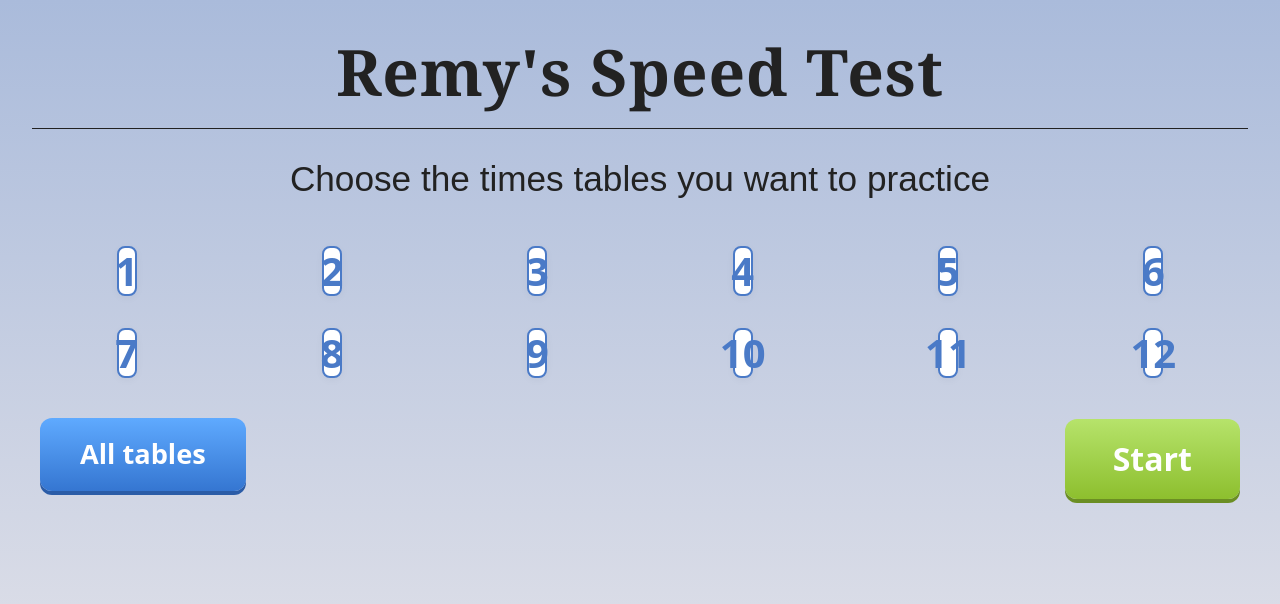
Repository: Chinurum-Omenuko/remys-speed-test
Page: / (app in app/)
The author's editor kept a copy of each file at every save. The page is drawn from the files as they stood at one save, then again after the next save.
The browser window is 1280 px wide. The pictures show the whole page.
The project was rebuilt for these pictures with package versions that can differ from the ones it lists, and the page was loaded fresh each time. The framework's server and built-in components were replaced by stand-ins that run in the browser. Also part of the build but not shown: app/svelte.config.js, app/vite.config.ts.

Above is the page before, as saved 2025-11-17 09:54:24.

### app/src/routes/+page.svelte

<script lang="ts">
	import { goto } from "$app/navigation";
	import { GameStore } from "../stores/gameStore.svelte";

	let store = GameStore;
	let chosenTables = store.getTables()
	const tables = Array.from({ length: 12 }, (_, i) => i + 1);

	function selectTable(table: number) {
		store.addTables(table)
	}

	function allTables(){
		tables.forEach(table => {
			let index = chosenTables.indexOf(table)
			if(!chosenTables.includes(table)){
				selectTable(table)
				return
			}
			chosenTables.splice(index, 1)
		});
	}


	function start() {
		store.generateQuestions(chosenTables)
		goto("/test")
	}



	function lastResults() {
		alert('Show last results');
	}
</script>
<div class="landing-bg">
	<div style="padding: 1.5rem 2rem 0 2rem;">
		<div class="title">Remy's Speed Test</div>
		<div class="dotted"></div>
		<div class="subtitle">Choose the times tables you want to practice</div>
		<div class="content">
			<div class="tables-grid">
				{#each tables as table}
					<button
						type="button"
						class="table-btn {chosenTables.includes(table) ? 'selected' : ''}"
						on:click={() => {

							selectTable(table)
							}}
						aria-pressed={chosenTables[table] === table}
					>
						{table}
					</button>
				{/each}
			</div>
			<div class="actions">
				<div class="left-actions">
					{#if chosenTables.length == 12}
						<button class="blue-btn" on:click={allTables}>Deselect All Tables</button>
					{:else}
						<button class="blue-btn" on:click={allTables}>All tables</button>
					{/if}
				</div>
				<button class="green-btn" on:click={start}>Start</button>
			</div>
		</div>
	</div>
</div>

<style>
	.landing-bg {
		background: linear-gradient(180deg, #aabbdb, #e2e2e9);
		min-height: 100vh;
		padding: 0;
		margin: 0;
	}
	.title {
		font-size: 4rem;
		font-weight: 700;
		margin: 0 0 0.5rem 0;
		letter-spacing: 1px;
		color: #222;
		font-family: Georgia, 'Times New Roman', Times, serif;
		text-align: center;
	}
	.dotted {
		border-bottom: 1px solid #222;
		margin-bottom: 1.5rem;
	}
	.subtitle {
		font-size: 2.2rem;
		font-weight: 100;
		margin-bottom: 2.5rem;
		text-align: center;
		color: #222;
		font-family: Arial, Helvetica, sans-serif;
	}
	.tables-grid {
		display: grid;
		grid-template-columns: repeat(6, 1fr);
		gap: 2rem;
		max-width: 1200px;
		margin: 0 auto 2.5rem auto;
	}
	.table-btn {
		background: #fff;
		border: 2px solid #4a7ac7;
		border-radius: 8px;
		font-size: 2.5rem;
		font-weight: 700;
		color: #4a7ac7;
		width: 180px;
		height: 130px;
		display: flex;
		align-items: center;
		justify-content: center;
		cursor: pointer;
		transition: box-shadow 0.2s, border 0.2s;
		margin: 0 auto;
		box-shadow: 0 2px 8px rgba(0,0,0,0.04);
	}
	.table-btn.selected {
		border: 3px solid #2e5eaa;
		background: #eaf1ff;
		color: #2e5eaa;
	}
	.actions {
		display: flex;
		justify-content: space-between;
		align-items: flex-end;
		max-width: 1200px;
		margin: 2rem auto 0 auto;
	}
	.left-actions {
		display: flex;
		flex-direction: column;
		gap: 1.2rem;
	}
	.blue-btn {
		background: linear-gradient(180deg, #5faaff 0%, #3576d1 100%);
		color: #fff;
		font-size: 1.7rem;
		font-weight: 600;
		border: none;
		border-radius: 12px;
		padding: 1rem 2.5rem;
		box-shadow: 0 4px 0 #2b5ca7;
		cursor: pointer;
		margin-bottom: 0.5rem;
		transition: background 0.2s;
	}
	.blue-btn:active {
		background: #3576d1;
	}
	.green-btn {
		background: linear-gradient(180deg, #b6e36b 0%, #8dbf2e 100%);
		color: #fff;
		font-size: 2rem;
		font-weight: 700;
		border: none;
		border-radius: 12px;
		padding: 1rem 3rem;
		box-shadow: 0 4px 0 #6b8e23;
		cursor: pointer;
		margin-left: 1rem;
		transition: background 0.2s;
	}
	.green-btn:active {
		background: #8dbf2e;
	}
	@media (max-width: 1100px) {
		.tables-grid {
			grid-template-columns: repeat(4, 1fr);
		}
		.actions {
			flex-direction: column;
			align-items: stretch;
			gap: 2rem;
		}
	}
	@media (max-width: 800px) {
		.tables-grid {
			grid-template-columns: repeat(2, 1fr);
		}
		.table-btn {
			width: 100px;
			height: 80px;
			font-size: 1.5rem;
		}
		.actions {
			flex-direction: column;
			align-items: stretch;
			gap: 2rem;
		}
	}

	@media (min-width: 1200px){
		.table-btn{
			height: 50px;
			width: 20px;
		}
	}
</style>

### app/src/stores/gameStore.svelte.ts
import { writable } from "svelte/store";
import { createQuestions } from "../utils/gameUtils";

function createGameStore(){
    let allQuestions = $state<any[]>([])
    let selectedTables: number[] = $state([])


    return{
        selectedTables,
        get allQuestions(){
            return allQuestions;
        },
        clearSelectedTables: () => {
            selectedTables = []
        },
        getTables: () => selectedTables,
        addTables: (table: number) => {
            let index = selectedTables.indexOf(table)

            if(!selectedTables.includes(table)){
                selectedTables.push(table)
                return
            }

            selectedTables.splice(index,1)

        },
        generateQuestions: (table: number[]) => {
            let questions = createQuestions(table)

            let flat = Object.values(questions).flat();
            allQuestions = [...allQuestions, ...flat];


        },

        removeQuestions: () => allQuestions = []
    }
}

export const GameStore = createGameStore()

### app/src/utils/gameUtils.ts
function makeQuestionObject(table: number){
    let questionsObjectArray = []
    for (let i = 1; i <= 12; i++){
        let question = {
            id: table + '-' + i,
            table: table,
            multiplier: i,
            question: `${table} x ${i}`,
            answer: table * i
        };
        questionsObjectArray.push(question);
    }
    return questionsObjectArray;
}

export function createQuestions(timeTable: number[]){
    let questions = {};

    timeTable.forEach(table => {
        let objectArray = makeQuestionObject(table)
        questions[table] = objectArray
    });
    return questions
}

Loaded but not shown: app/src/app.html (common file); app/src/routes/+layout.svelte (common file); app/src/app.css (common file)

After the next save:
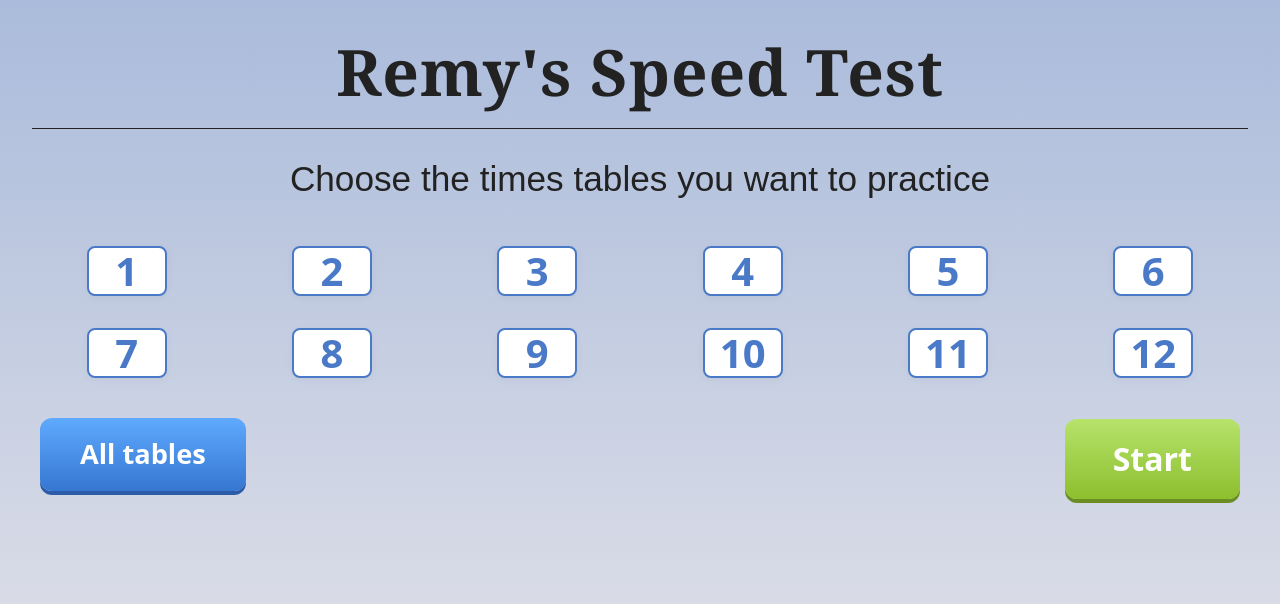
Saved 6 s later.
--- a/app/src/routes/+page.svelte
+++ b/app/src/routes/+page.svelte
@@ -199,7 +199,7 @@
 	@media (min-width: 1200px){
 		.table-btn{
 			height: 50px;
-			width: 20px;
+			width: 80px;
 		}
 	}
 </style>
